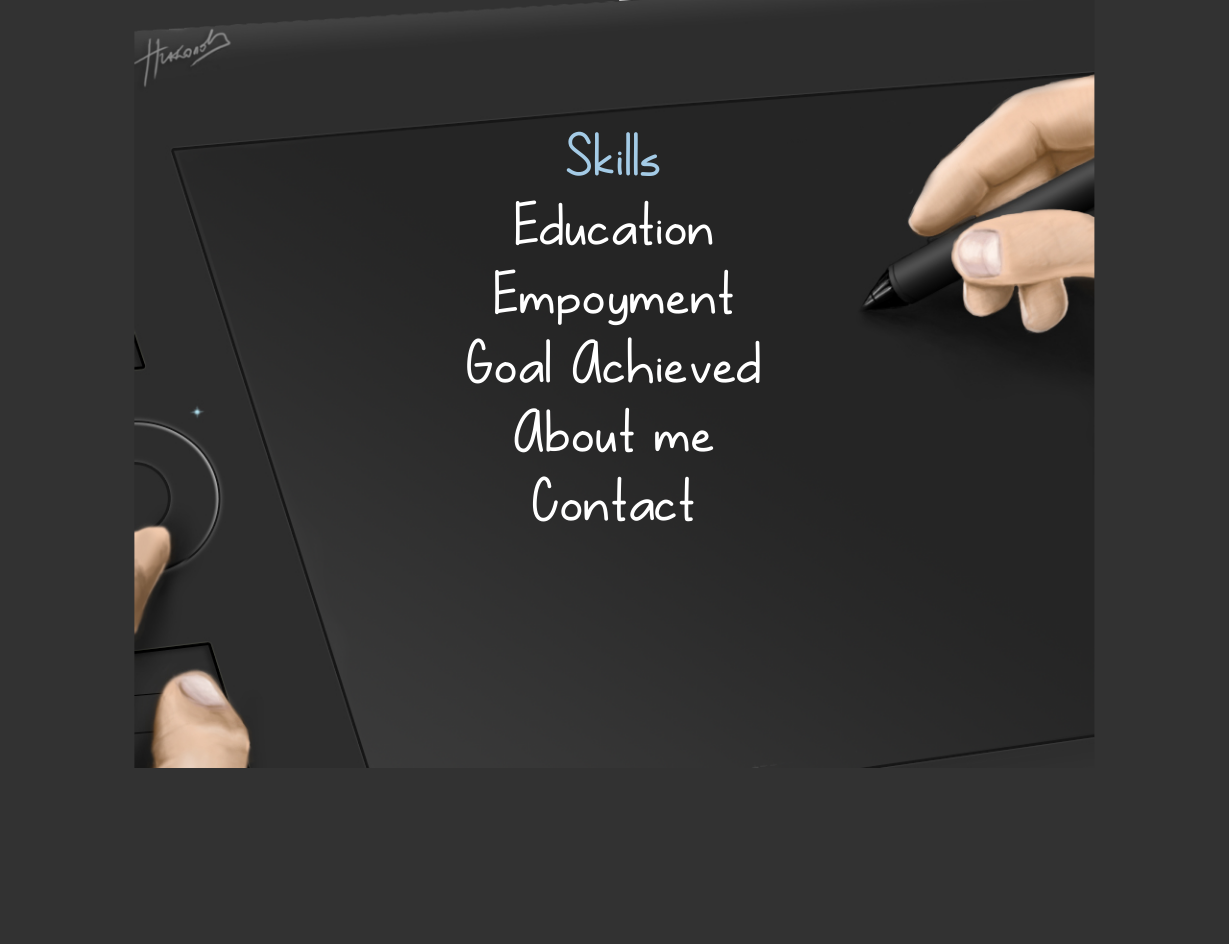
Repository: nikichanko/cv
Page: index.html
An editor plug-in stored every save of this project. The page is shown before and after the next save, followed by the edit.
The browser window is 1280 px wide. The pictures show the whole page, at 96% of full size.
The pointer rests on the first visible `.item`.

Above is the page before, as saved 2018-08-09 23:11:21.

After the next save:
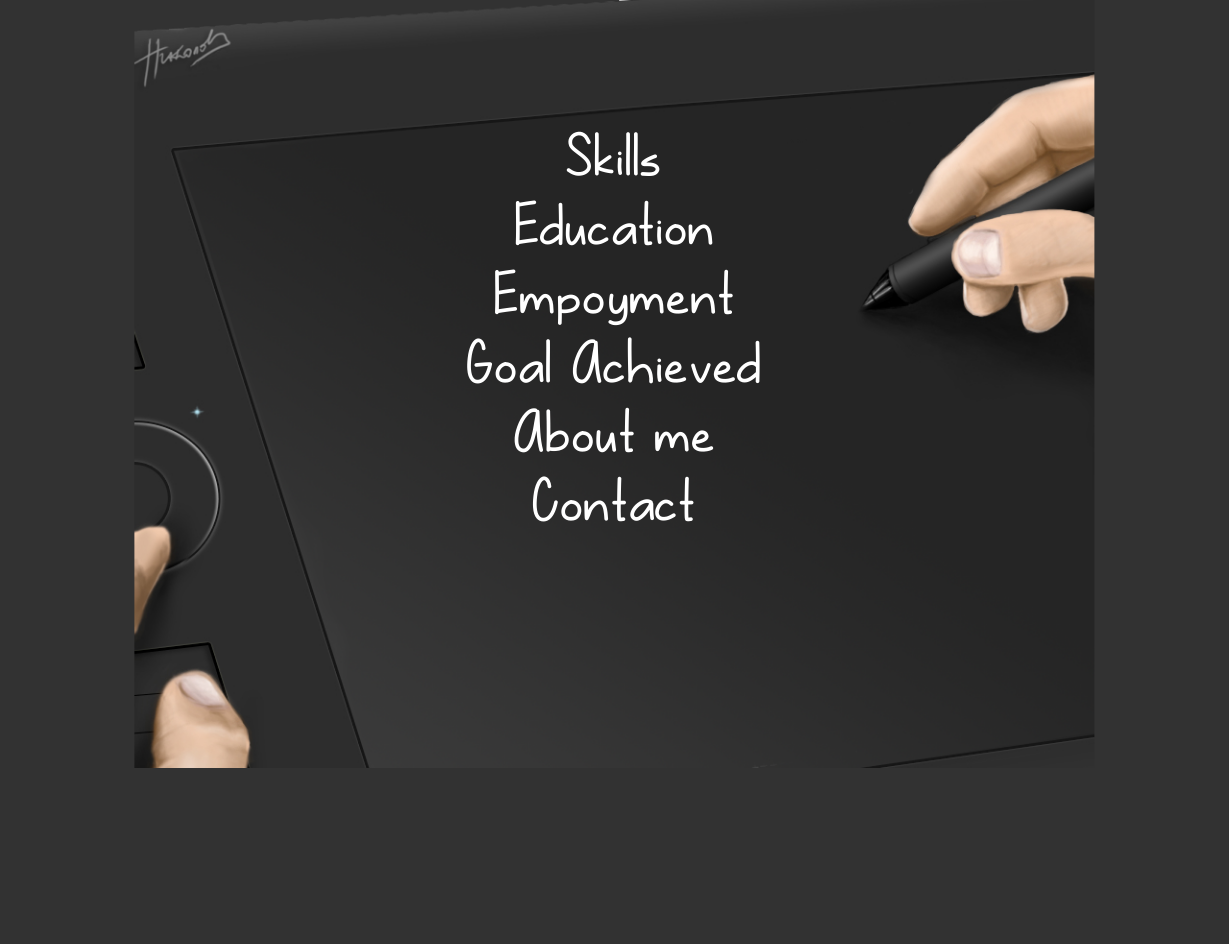
Saved 6 min 57 s later.
--- a/css/styles.css
+++ b/css/styles.css
@@ -131,9 +131,6 @@
   opacity: 0.6;
 }
 
-.item:hover {
-  color: #a4cbe6;
-}
 
 .close {
   position: absolute;

After the save that followed:
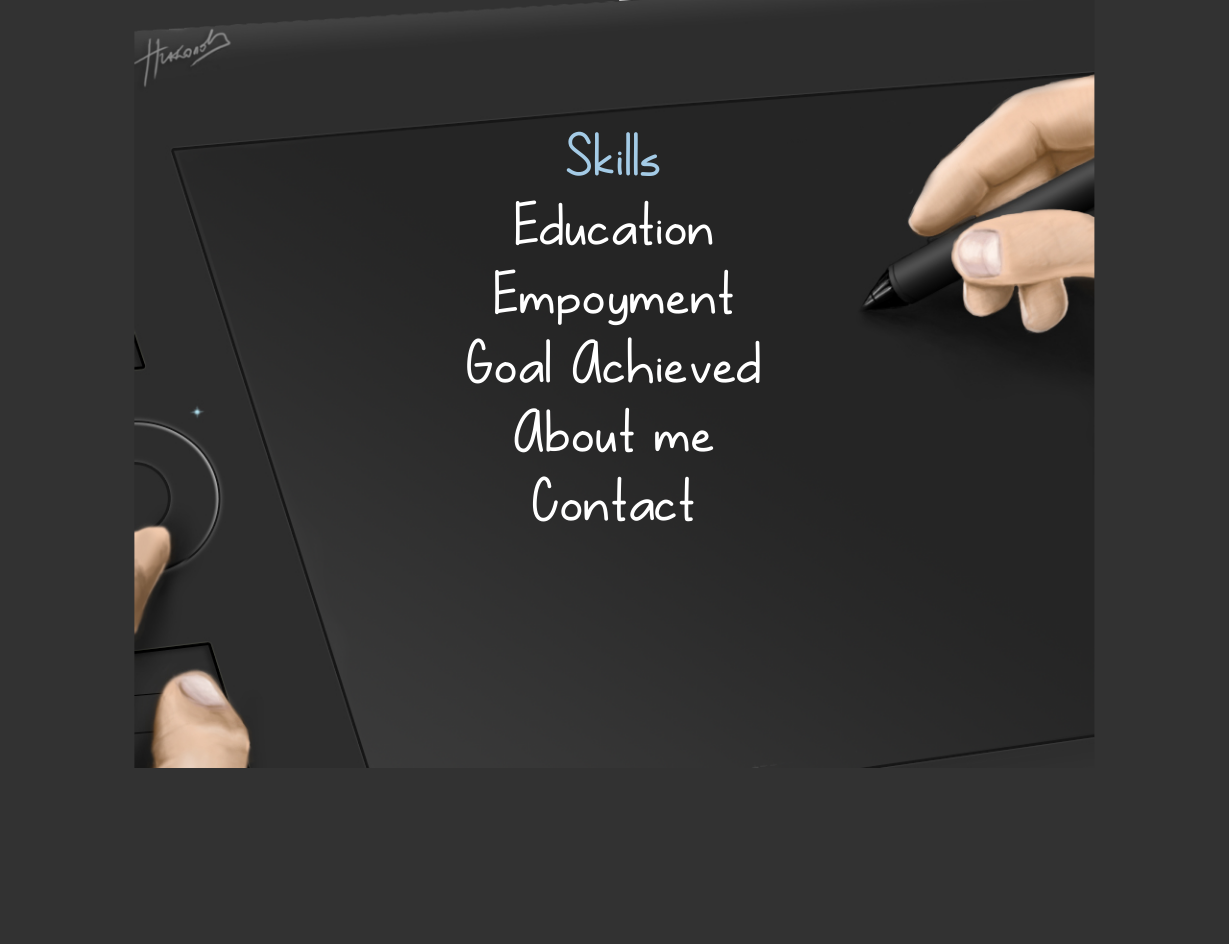
Saved 15 s later.
--- a/css/styles.css
+++ b/css/styles.css
@@ -131,6 +131,9 @@
   opacity: 0.6;
 }
 
+.item:hover {
+  color: #a4cbe6;
+}
 
 .close {
   position: absolute;
